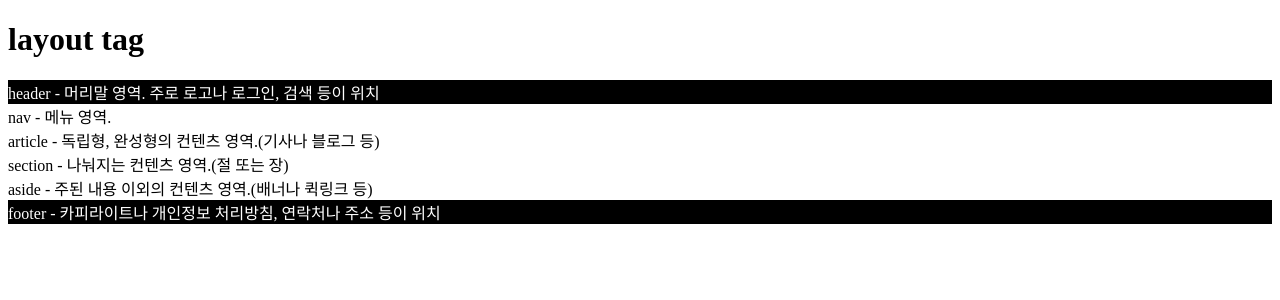
Repository: Git-Seokcoding/WEB
Page: CSS3/src/main/webapp/layout.html
The author's editor kept a copy of each file at every save. The page is drawn from the files as they stood at one save, then again after the next save.
The browser window is 1280 px wide. The pictures show the whole page.

Above is the page before, as saved 2023-10-12 07:13:25.

### CSS3/src/main/webapp/layout.html
<!DOCTYPE html>
<html>
<head>
<meta charset="UTF-8">
<title>layout tag</title>
</head>
<body>
	<h1>layout tag</h1>
	<header style="background-color: #000;color: #fff; heigh:150px;">
	header - 머리말 영역. 주로 로고나 로그인, 검색 등이 위치
	</header>
	<nav>
	nav - 메뉴 영역.
	</nav>
	<article>
	article - 독립형, 완성형의 컨텐츠 영역.(기사나 블로그 등)
	</article>
	<section>
	section - 나눠지는 컨텐츠 영역.(절 또는 장)
	</section>
	<aside>
	aside - 주된 내용 이외의 컨텐츠 영역.(배너나 퀵링크 등)
	</aside>
	<footer style="background-color: #000;color: #fff; heigh:150px;">
	footer - 카피라이트나 개인정보 처리방침, 연락처나 주소 등이 위치
	</footer>


</body>
</html>

After the next save:
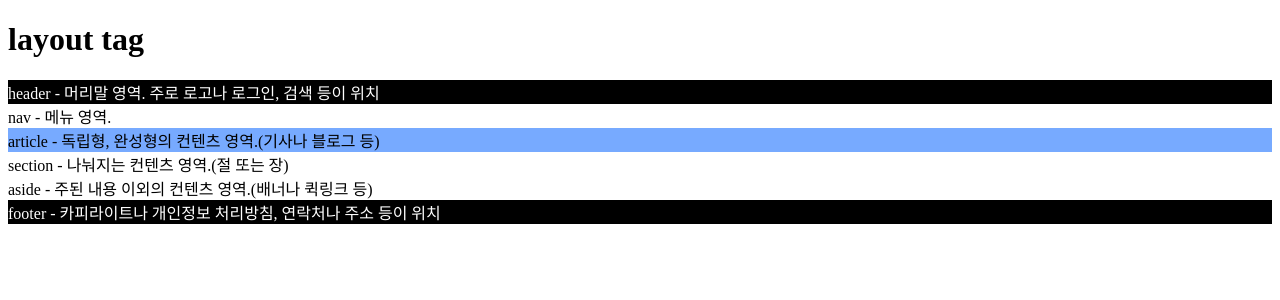
Saved 27 s later.
--- a/CSS3/src/main/webapp/layout.html
+++ b/CSS3/src/main/webapp/layout.html
@@ -12,7 +12,7 @@
 	<nav>
 	nav - 메뉴 영역.
 	</nav>
-	<article>
+	<article style="background-color: #7af;">
 	article - 독립형, 완성형의 컨텐츠 영역.(기사나 블로그 등)
 	</article>
 	<section>
